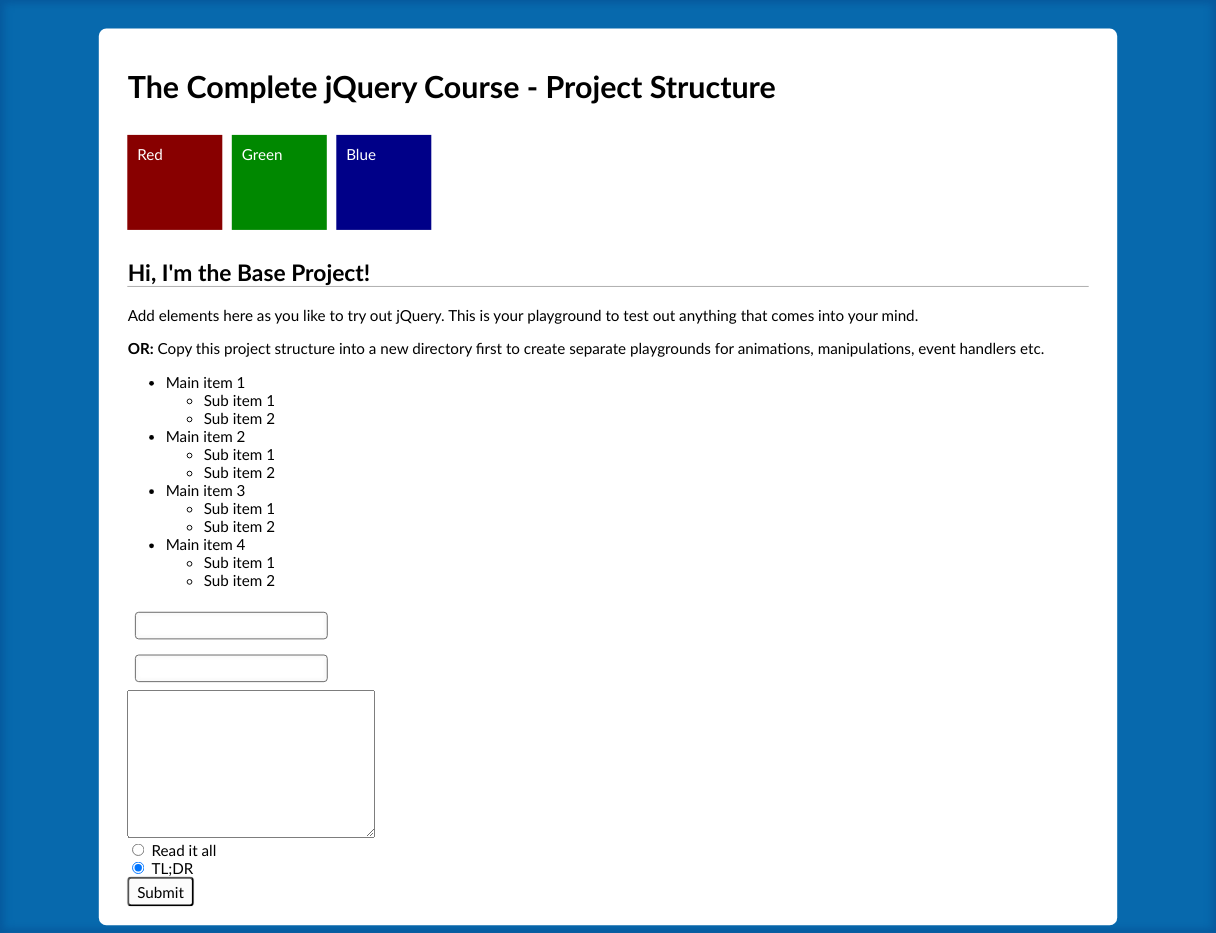
Repository: vpriyankaprabhu/Jquery-examples
Page: 03/traversals/index.html
An editor plug-in stored every save of this project. The page is shown before and after the next save, followed by the edit.
The browser window is 1280 px wide. The pictures show the whole page, at 95% of full size.

Above is the page before, as saved 2024-12-29 18:26:16.
Console error: ReferenceError: headerNextElements is not defined

### 03/traversals/index.html
<!DOCTYPE html>
<html lang="en">
<head>
  <meta charset="UTF-8">
  <script src="https://code.jquery.com/jquery-1.12.3.min.js" integrity="sha256-aaODHAgvwQW1bFOGXMeX+pC4PZIPsvn2h1sArYOhgXQ=" crossorigin="anonymous"></script>
  <script src="js/script.js"></script>
  <link rel="stylesheet" href="css/style.css">
  <title>The Complete jQuery Course - Project Structure</title>
</head>
<body>
  <div id="content">
    <h1>The Complete jQuery Course - Project Structure</h1>

    <div class="red-box">Red</div>
    <div class="green-box">Green</div>
    <div class="blue-box">Blue</div>
    <div class="clear"></div>

    <h2>Hi, I'm the Base Project!</h2>
    <p>Add elements here as you like to try out jQuery. This is your playground to test out anything that comes into your mind.</p>
    <p><strong>OR:</strong> Copy this project structure into a new directory first to create separate playgrounds for animations, manipulations, event handlers etc.</p>
    <!-- An unordered list with ID "list" -->
    <ul id="list">
      <li>Main item 1
        <ul>
          <li>Sub item 1</li>
          <li>Sub item 2</li>
        </ul></li>
      <li>Main item 2
        <ul>
          <li>Sub item 1</li>
          <li>Sub item 2</li>
        </ul></li>
      <li>Main item 3
        <ul>
          <li>Sub item 1</li>
          <li>Sub item 2</li>
        </ul></li>
      <li>Main item 4
        <ul>
          <li>Sub item 1</li>
          <li>Sub item 2</li>
        </ul></li>
    </ul>

    <!-- A form element without class or ID  -->
    <form action="">
      <input type="text"><br>
      <input type="email"><br>
      <textarea name="message" id="message" cols="30" rows="10"></textarea><br>
      <input type="radio" name="toc" value="read" id="read"> <label for="read">Read it all</label> <br>
      <input type="radio" name="toc" value="tldr" checked> <label for="tldr">TL;DR</label> <br>
      <input type="submit" value="Submit">
    </form>
  </div>
</body>
</html>

### 03/traversals/js/script.js
$(function () {

  // NOTE: Some of the selectors below overlap. To see the exact effect of one
  // of them, please comment out all others.

  // Select the #list and find all <li> tags it contains
  // This contains even indirect children further down in the hierarchy
  // var items = $("#list").find("li");
  // highlight(items);

  // Select the #list and find only <li> that are *direct* children
  // Note that this will still produce a yellow background around the whole list
  // because the direct children <li> have enough height to contain their children
  // var children = $("#list").children("li");
  // highlight(children);

  // Search for even non-direct parents
  // var body = $("#list").parents("body");
  // highlight(body);

  // Select the (unique) direct parent of an element
  // var content = $("#list").parent();
  // // highlight(content);

  // Search through siblings on the same level in the HTML hierarchy
  // var siblingHeadlines = $("#list").siblings(":header");
  // highlight(siblingHeadlines);

  // Select the previous sibling of a selected element
  // var previous = $("#list").prev();
  // highlight(previous);

  // Select the next sibling of a selected element
  // var next = $("#list").next();
  // highlight(next);

  // var headerNextElements = $(":header").next();
  // highlight(headerNextElements);

  var passwordInputElements = $("input[type=password]");
  highlight(headerNextElements);

});

// Helper function which highlights the given element with yellow background
function highlight(element) {
  element.css("background-color", "rgba(180, 180, 30, 0.8)");
}

### 03/traversals/css/style.css
.lightbox {
  position: absolute;
  top: 0;
  left: 0;
  display: none;
  width: 30%;
  height: 60%;
  padding: 15% 35% 25% 35%;
  color: #000000;
  background-color: rgba(200, 100, 0, 0.9);
  text-align: center;
  text-shadow: #333 0 1px 0; }

.red-box {
  float: left;
  width: 80px;
  height: 80px;
  margin: 10px 10px 10px 0;
  padding: 10px;
  color: #ffffff;
  background-color: #880000; }

.green-box {
  float: left;
  width: 80px;
  height: 80px;
  margin: 10px 10px 10px 0;
  padding: 10px;
  color: #ffffff;
  background-color: #008800; }

.blue-box {
  float: left;
  width: 80px;
  height: 80px;
  margin: 10px 10px 10px 0;
  padding: 10px;
  color: #ffffff;
  background-color: #000088; }

.large {
  font-size: 125%;
}

.emphasize {
  color: #666;
  font-style: italic;
}

fieldset {
  border-radius: 4px;
  -moz-border-radius: 4px;
  -webkit-border-radius: 4px; }

label {
  display: inline-block;
  min-width: 100px; }

input[type="text"], input[type="email"], input[type="password"], input[type="tel"] {
  margin: 8px;
  padding: 6px 12px;
  outline: none;
  border: 1px solid #666;
  border-radius: 4px;
  box-shadow: inset 0 0 3px 3px #fafafa; }

input[type="submit"] {
  font-family: "Trebuchet MS", Verdana, Arial, sans-serif;
  font-size: 16px;
  padding: 4px 8px;
  background-color: #fcfcfc;
  box-shadow: 0 0 1px 0 #aaa;
  -webkit-border-radius: 4px;
  -moz-border-radius: 4px;
  border-radius: 4px; }
  input[type="submit"]:hover {
    background-color: #f4f4f4;
    box-shadow: 0 0 1px 0 #ccc; }

html {
  min-height: 100%;
  background-color: #0769ad;
  box-shadow: 0 0 8px 4px #06599d inset; }

body {
  font-size: 16px;
  font-family: "Trebuchet MS", Verdana, Arial, sans-serif; }

.clear {
  clear: both; }

#content {
  overflow: auto;
  width: 80%;
  background-color: #fff;
  margin: 30px auto 0 auto;
  padding: 20px 30px;
  border-radius: 8px;
  -moz-border-radius: 8px;
  -webkit-border-radius: 8px; }

h1 {
  color: #000; }

h2 {
  border-bottom: 1px solid #aaa; }

#dashboard {
  position: absolute;
  width: 120px;
  height: 60%;
  left: -140px;
  top: 100px;
  padding: 20px;
  border-radius: 0 6px 6px 0;
  box-shadow: 0 0 3px 3px #f0f0f0;
  background-color: #999; }

.fancy-link {
  display: inline-block;
  text-decoration: none;
  color: #111199; }

.fancy-link:after {
  display: block;
  content: '';
  border-bottom: solid 1px #22a;
  transform: scaleX(0.0001);
  transition: transform 250ms ease-in-out; }

.fancy-link:hover:after {
  transform: scaleX(1); }

/*# sourceMappingURL=style.css.map */

After the next save:
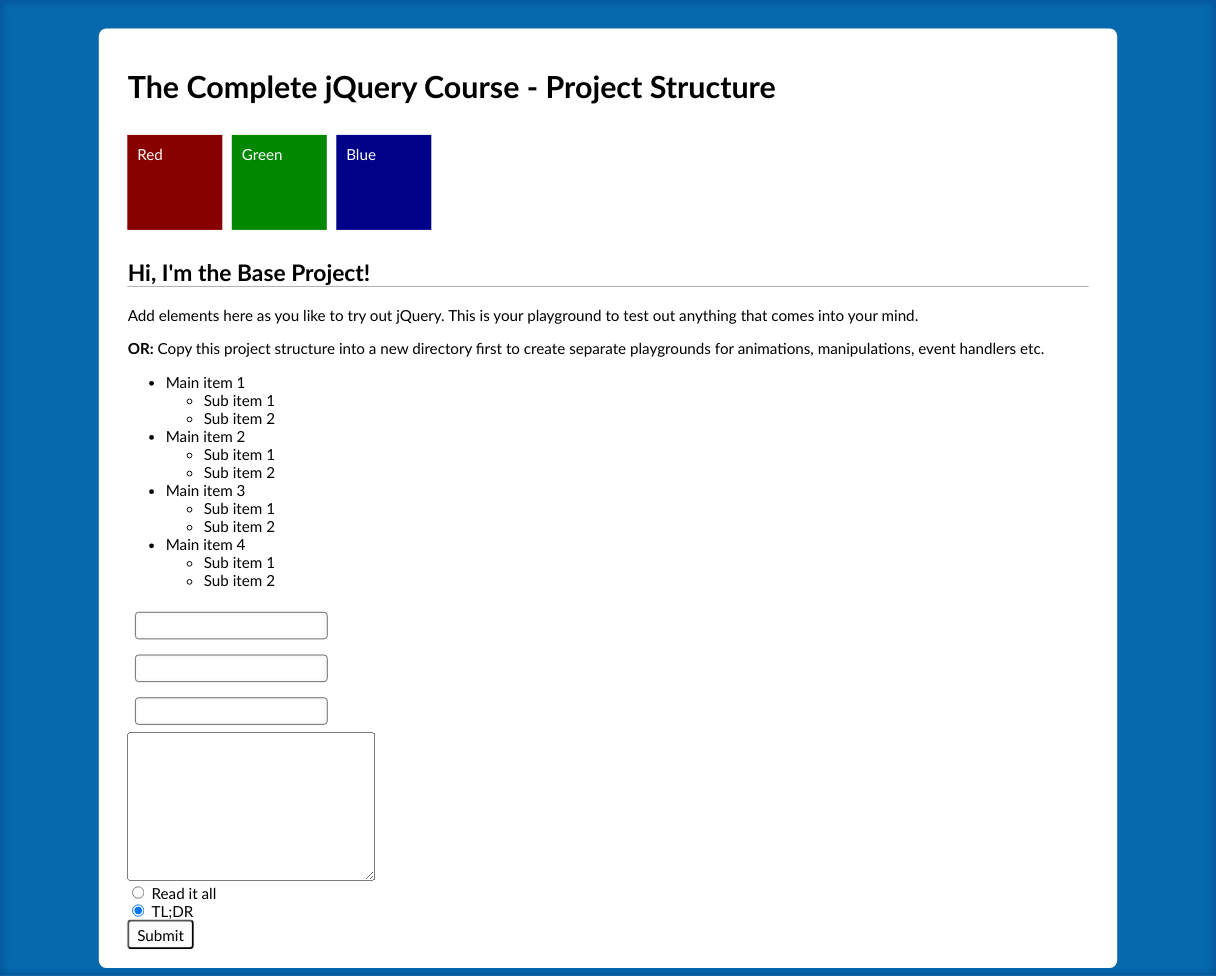
Saved 23 s later.
--- a/03/traversals/index.html
+++ b/03/traversals/index.html
@@ -47,6 +47,7 @@
     <form action="">
       <input type="text"><br>
       <input type="email"><br>
+      <input type="email"><br>
       <textarea name="message" id="message" cols="30" rows="10"></textarea><br>
       <input type="radio" name="toc" value="read" id="read"> <label for="read">Read it all</label> <br>
       <input type="radio" name="toc" value="tldr" checked> <label for="tldr">TL;DR</label> <br>
